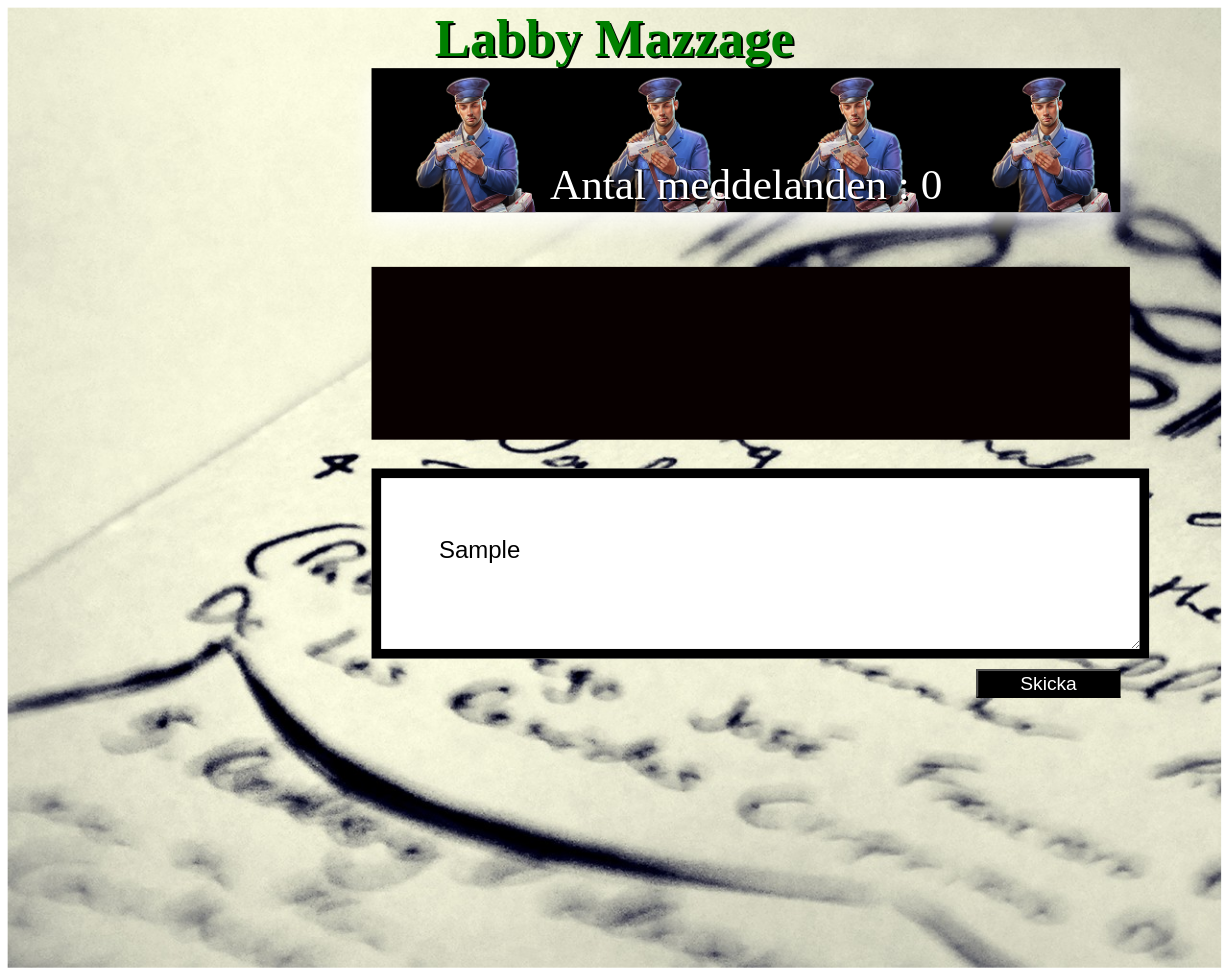
Repository: ar222rk/1dv403-laborationer
Page: 2-labbymezzage/index.html
The author's editor kept a record of every edit. The page is drawn from the files as they stood at one moment, then again after the next edit.
The browser window is 1280 px wide. The pictures show the whole page, at 96% of full size.
Empty fields were first filled with sample values (such as "Sample", 5 or name@example.com).
After loading, the first visible `#send` was clicked once.

Above is the page before.
Console error: SyntaxError: Unexpected identifier 'getText'

### 2-labbymezzage/index.html
<!DOCTYPE html>
<HTML>
    <head>
        <title> Labby Mezzage</title>
        <meta charset ="utf8"/>
        <link rel="stylesheet" href="styles.css"/>
         <script type="text/javascript" src="message.js"></script>
    <script type="text/javascript" src="MessageBoard.js"></script>
    </head>

    <body>
          <div id="container">
        <header>
               <b> Labby Mazzage</b>
        </header>



        <main>


                 <p id="Messagez">Antal meddelanden : 0 </p>
                     <div id="dom"></div>
                <textarea id="textInput" placeholder="skriv här."></textarea>
                <input class="position" id="send" type="submit" value="Skicka"/>
        </main>




    </div>
    </body>
</HTML>

### 2-labbymezzage/styles.css

#container {
       height:1000px;
    background-image: url("letter.jpg");
    width:auto;
    background-color:gray;
    margin:0 auto;
}


 main{
        box-shadow:0 10px 25px;
        color:white;
        text-shadow:2px 2px black;
        background-image: url("postman.png");
        font-size:45px;
        padding-top:50px;
        height:100px;
        margin-left:30%;
        background-color:#000000;
        width:780px;
        text-align:center;
}



textarea {
    width:700px;
    height:200px;
    font-size:25px;
    font-family:arial;
}

 header {
    font-size:55px;
    text-shadow:2px 2px black;
     text-align:center;
     color:Green;
}

textarea {
        padding:60px;
        margin-top:30px;
        border-color:black;
        border-width :10px;
        background-color:#fff;
        height:auto;
        width:670px
}


input {
    float:right;
    color:white;
    width:150px;
    height:30px;
    font-size:20px;
    text-shadow:1px 0px black;
    background-color:black;
}

#dom {
        padding:60px;
        color:white;
        margin-top:60px;
border-color:black;
        border-width :10px;
        background-color:#080000;
        max-height:60px;
        width:670px;
        height:500px;
        overflow-y:scroll;


}

.displayText {
    color:black;
    font-size:30px;
    width:300px;
}

.displayTime{
    color:#700000;
    font-size:20px;
    text-shadow:1px 0px black;
    float:right;
    position:absolute;
   bottom:0;
   right:0;
}



.textBox {
  padding-right:70px;
  padding-left:5px;
  font-family:26px;
  border:1px solid black;
  background-color:silver;
  text-shadow:1px 0px black;
  width:auto;
  height:auto;
  min-height:50px;
  position:relative;
  word-break:break-all;
  margin:5px;




}
.clock {
    width:30px;
    height:26px;
    float:right;
    position:absolute;
    top:5px;
    right:30px;


}

.x{
    float:right;
    position:absolute;
    top:5px;
    right:0;



}

### 2-labbymezzage/message.js
"use strict";
 function Message(message, date){

     this getText = function(){

         return message;
     }

     this setText = function(_text){

         message = text;

     }

     this.getDate = function(){}
     this. setDate = function(_date){}

 }

 Message.prototype.toString = fuction(){
     return this.getText()+"("+this.getDate()+")";
 }

 Message.prototype.getHTMLtext = fuction() {}

 Message.prototype.getDatatext = fuction(){}

### 2-labbymezzage/MessageBoard.js
"use strict"



window.onload = function() {

        var messages = [];

        var myObj = {};
        var submit = document.getElementById("send");
        var text = document.getElementById("textInput");
        var board = document.getElementById("dom");
        var div = document.getElementById("text");
        var enter = document.getElementById("textInput");
        var date = new Date();
        var count = 0;


        submit.addEventListener("click", function(e) {

        if (text.value === "")
        {
            e.preventdefault();
        }
        else
        {
        date = new Date();
        myObj = new Message(text.value, date);
        messages.push(myObj);

        renderMessage(messages.length-1);
        removeText();
        }

        });

        enter.addEventListener("keydown", function(e){


        if (e.keyCode == 13 && document.getElementById("textInput").value === "")
                {e.preventDefault()}

        if(e.keyCode === 13 && !e.shiftKey && text.value !== "")

        {
            e.preventDefault()
            date = new Date();
            myObj = new Message(text.value, date)
            messages.push(myObj);

            renderMessage(messages.length-1)
            removeText();
        }

    }
    )





        var renderMessage = function(messageID) {
            document.getElementById("Messagez").innerHTML = "Antal meddelanden: " + messages.length;

                count = messages.length;
                var textBox = document.createElement("div");
                textBox.className = "textBox";

                var displayText = document.createElement("p");
                displayText.className = "displayText";

                var displayTime = document.createElement("p");
                displayTime.className = "displayTime";

                displayText.innerHTML = messages[messageID].getText();
                displayTime.innerHTML = messages[messageID].getDateText();


                var clock = document.createElement("img");
                clock.className = "clock";
                clock.src = "clock.jpg";

                var x = document.createElement("img");
                x.className = "x";
                x.src = "RedX.png";

                x.addEventListener("click", function(e) {


                            if (confirm("Radera detta meddelande?")) {


                                messages.splice(messageID, 1);
                                renderMessages();
                                document.getElementById("Messagez").innerHTML ="Antal meddelanden: " +messages.length;

                            }


                                  });




                            clock.addEventListener("click", function(e) {


                                var year = messages[messageID].getDate().getFullYear();
                                var month = messages[messageID].getDate().getMonth();
                                var day = messages[messageID].getDate().getDate();
                                var Hour = messages[messageID].getDate().getHours();
                                var Minutes = messages[messageID].getDate().getMinutes();
                                var Seconds = messages[messageID].getDate().getSeconds();
                                if (Minutes < 10)
                                {
                                    Minutes = "0" + Minutes;
                                }
                                if (Seconds < 10)
                                {
                                    Seconds = "0" + Seconds;
                                }
                                alert("Inlägget skapades den " + day + "/" + month + " år " + year + " klockan " + Hour + ":" + Minutes + ":" + Seconds);



                            });

                                textBox.appendChild(displayText);
                                textBox.appendChild(displayTime);
                                textBox.appendChild(clock);
                                textBox.appendChild(x);
                                board.appendChild(textBox);

}

                            var renderMessages = function() {

                                board.innerHTML = "";

                                for (var i = 0; i < messages.length; ++i)
                                {
                                    renderMessage(i);
                                }

                            }

            var removeText = function(){
             document.getElementById("textInput").value="";
    }




};

After the next edit:
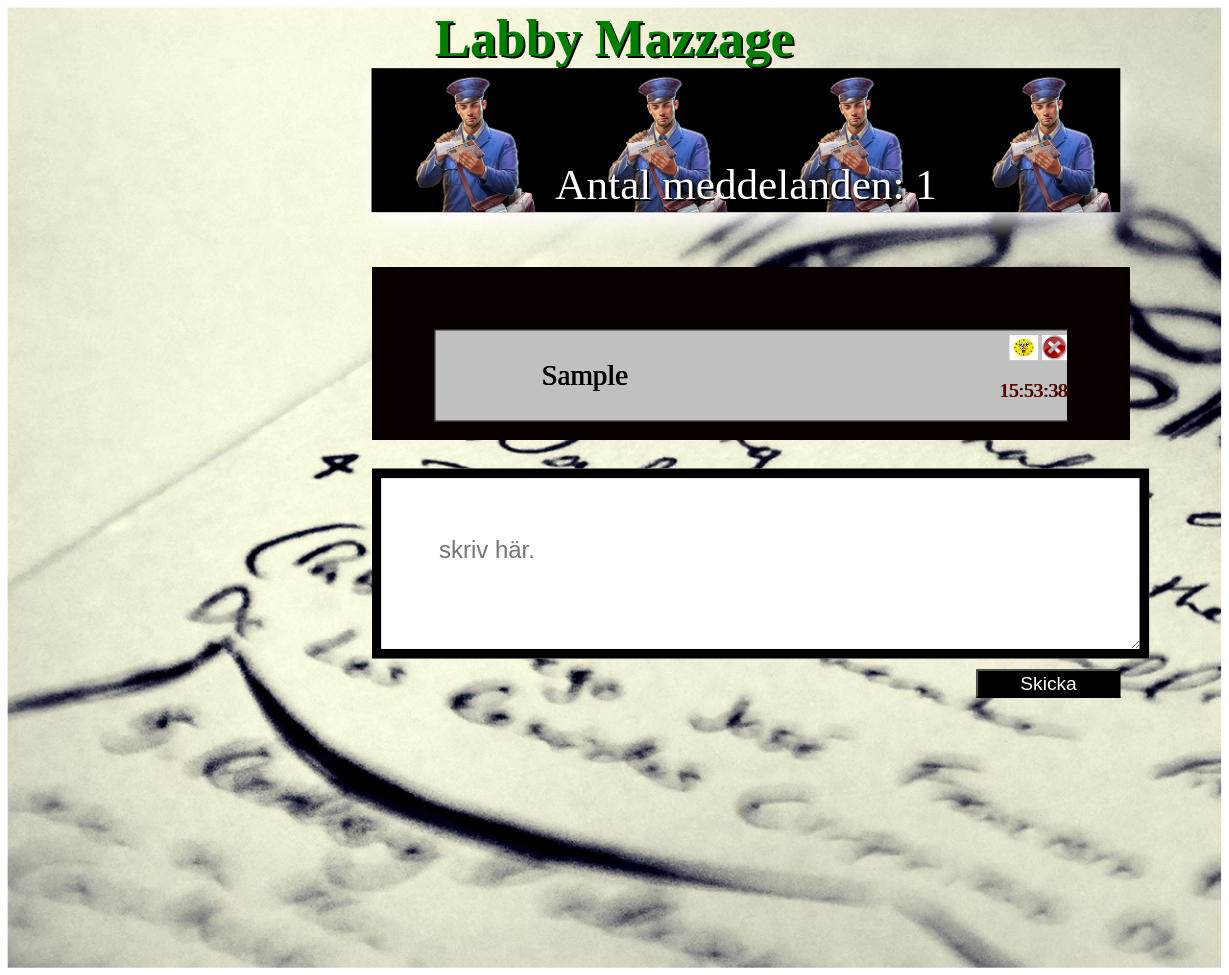
The error is gone.
The edit:
--- a/2-labbymezzage/message.js
+++ b/2-labbymezzage/message.js
@@ -1,26 +1,46 @@
 "use strict";
+
  function Message(message, date){
 
-     this getText = function(){
+   this.getText = function() {
+       return message;
+   }
+   this.setText = function(_text) {
+       message = _text;
+   }
 
-         return message;
-     }
+   this.getDate = function() {
+       return date;
+   }
 
-     this setText = function(_text){
+   this.setDate = function(_date) {
+       date = _date;
+   }
 
-         message = text;
+   Message.prototype.toString = function() {
+       return this.getText()+" ("+this.getDate()+")";
+   }
 
-     }
+   Message.prototype.getHTMLText = function() {
+       return this.getText().replace(/[\n\r]/g, "<br/>");
+   }
 
-     this.getDate = function(){}
-     this. setDate = function(_date){}
+   Message.prototype.getDateText = function() {
 
- }
+       var Hour = this.getDate().getHours();
+       var Minutes = this.getDate().getMinutes();
+       var Seconds = this.getDate().getSeconds();
+       if (Minutes < 10)
+       {
+            Minutes = "0"+Minutes;
+       }
+       if (Seconds < 10)
+       {
+          Seconds = "0"+Seconds;
+       }
 
- Message.prototype.toString = fuction(){
-     return this.getText()+"("+this.getDate()+")";
- }
+       return +Hour+":"+Minutes+":"+Seconds;
+   }
 
- Message.prototype.getHTMLtext = fuction() {}
 
- Message.prototype.getDatatext = fuction(){}
+}
